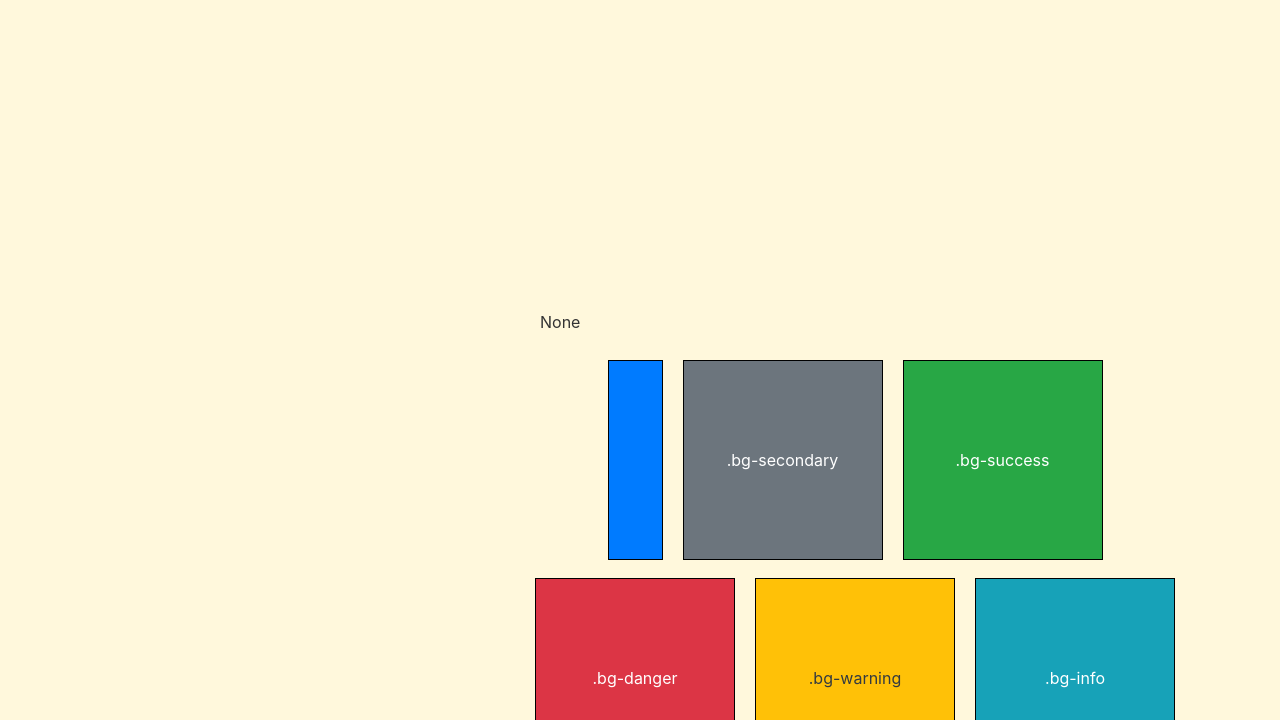
Repository: khanhdk0000/first_proj
Page: http://localhost/about
An editor plug-in stored every save of this project. The page is shown before and after the next save, followed by the edit.
The browser window is 1280 px wide. The pictures show the whole page.
Some web libraries are served in a nearby version. The page is served by the project's application, run on Flask 3 (flaskblog.py).

Above is the page before, as saved 2021-05-25 12:23:17.

### templates/about.html
{% extends "layout.html" %} {% block content %}
<div class="flex-center">
<div>
<p>{{ var}}</p>
<div class="row">
    <div class="col-md-1 p-3 mb-2 bg-primary text-white"></div>
    <div class="col-md-15 p-3 mb-2 bg-secondary text-white">.bg-secondary</div>
    <div class="col-md-15 p-3 mb-2 bg-success text-white">.bg-success</div>
</div>

<div class="row">
    <div class="col-md-15 p-3 mb-2 bg-danger text-white">.bg-danger</div>
    <div class="col-md-15 p-3 mb-2 bg-warning text-dark">.bg-warning</div>
    <div class="col-md-15 p-3 mb-2 bg-info text-white">.bg-info</div>
</div>

<div class="row">
    <div class="col-md-15 p-3 mb-2 bg-light text-dark">.bg-light</div>
    <div class="col-md-15 p-3 mb-2 bg-dark text-white">.bg-dark</div>
    <div class="col-md-15 p-3 mb-2 bg-white text-dark">.bg-white</div>
</div>
</div>
</div>



{% endblock content %}

### templates/layout.html
<!DOCTYPE html>
<html>
  <head>
    <!-- Required meta tags -->
    <meta charset="utf-8" />
    <meta
      name="viewport"
      content="width=device-width, initial-scale=1, shrink-to-fit=no"
    />

    <!-- Bootstrap CSS -->
    <link
      rel="stylesheet"
      href="https://maxcdn.bootstrapcdn.com/bootstrap/4.0.0/css/bootstrap.min.css"
      integrity="sha384-Gn5384xqQ1aoWXA+058RXPxPg6fy4IWvTNh0E263XmFcJlSAwiGgFAW/dAiS6JXm"
      crossorigin="anonymous"
    />

    <link
      rel="stylesheet"
      type="text/css"
      href="{{ url_for('static', filename='main.css') }}"
    />

    {% if title %}
    <title>Flask Blog - {{ title }}</title>
    {% else %}
    <title>Flask Blog</title>
    {% endif %}
  </head>
  <body>
    {% block content %}{% endblock %}

    <!-- Optional JavaScript -->
    <!-- jQuery first, then Popper.js, then Bootstrap JS -->
    <script
      src="https://code.jquery.com/jquery-3.2.1.slim.min.js"
      integrity="sha384-KJ3o2DKtIkvYIK3UENzmM7KCkRr/rE9/Qpg6aAZGJwFDMVNA/GpGFF93hXpG5KkN"
      crossorigin="anonymous"
    ></script>
    <script
      src="https://cdnjs.cloudflare.com/ajax/libs/popper.js/1.12.9/umd/popper.min.js"
      integrity="sha384-ApNbgh9B+Y1QKtv3Rn7W3mgPxhU9K/ScQsAP7hUibX39j7fakFPskvXusvfa0b4Q"
      crossorigin="anonymous"
    ></script>
    <script
      src="https://maxcdn.bootstrapcdn.com/bootstrap/4.0.0/js/bootstrap.min.js"
      integrity="sha384-JZR6Spejh4U02d8jOt6vLEHfe/JQGiRRSQQxSfFWpi1MquVdAyjUar5+76PVCmYl"
      crossorigin="anonymous"
    ></script>
    <!-- MDB -->
    <script
      type="text/javascript"
      src="https://cdnjs.cloudflare.com/ajax/libs/mdb-ui-kit/3.5.0/mdb.min.js"
    ></script>
  </body>
</html>

### flaskblog.py
from flask import Flask, render_template, url_for, request
app = Flask(__name__)


posts = [
    {
        'author': 'Corey Schafer',
        'title': 'Blog Post 1',
        'content': 'First post content',
        'date_posted': 'April 20, 2018'
    },
    {
        'author': 'Jane Doe',
        'title': 'Blog Post 2',
        'content': 'Second post content',
        'date_posted': 'April 21, 2018'
    }
]

@app.route('/')
@app.route('/home')
def hello_world():
    return render_template('home.html', posts=posts, title='Hey')

@app.route('/about')
def about():
    my_var = request.args.get('my_var', None)
    return render_template('about.html', posts=posts, var=my_var)

if __name__ == '__main__':
    app.run(debug=True)

### static/main.css
body {
    background: #fafafa;
    color: #333333;
    margin-top: 5rem;
    height: 100%;
  }

  h1, h2, h3, h4, h5, h6 {
    color: #444444;
  }

  .bg-steel {
    background-color: #5f788a;
  }

  .site-header .navbar-nav .nav-link {
    color: #cbd5db;
  }

  .site-header .navbar-nav .nav-link:hover {
    color: #ffffff;
  }

  .site-header .navbar-nav .nav-link.active {
    font-weight: 500;
  }

  .content-section {
    background: #ffffff;
    padding: 10px 20px;
    border: 1px solid #dddddd;
    border-radius: 3px;
    margin-bottom: 20px;
  }

  .article-title {
    color: #444444;
  }

  a.article-title:hover {
    color: #428bca;
    text-decoration: none;
  }

  .article-content {
    white-space: pre-line;
  }

  .article-img {
    height: 65px;
    width: 65px;
    margin-right: 16px;
  }

  .article-metadata {
    padding-bottom: 1px;
    margin-bottom: 4px;
    border-bottom: 1px solid #e3e3e3
  }

  .article-metadata a:hover {
    color: #333;
    text-decoration: none;
  }

  .article-svg {
    width: 25px;
    height: 25px;
    vertical-align: middle;
  }

  .account-img {
    height: 125px;
    width: 125px;
    margin-right: 20px;
    margin-bottom: 16px;
  }

  .account-heading {
    font-size: 2.5rem;
  }

  .vertical-center {
    min-height: 100%;  /* Fallback for browsers do NOT support vh unit */
    min-height: 100vh; /* These two lines are counted as one :-)       */

    justify-content:center;
    display: flex;
    align-items: center;
  }

  .flex-center {
    /* display: flex; */
    position: fixed;
    top: 50%;
    left: 50%;
    margin-top: -50px;
    margin-left: -100px;

  }

  .row{
    display:flex;
    justify-content:center;
  }

  .row>*{
    display:flex;
    height:200px ;
    width:200px ;
    justify-content:center;
    align-items:center;
    border: 1px solid black;
    margin: 10px;
  }

  *{
    background-color: CornSilk;
  }

After the next save:
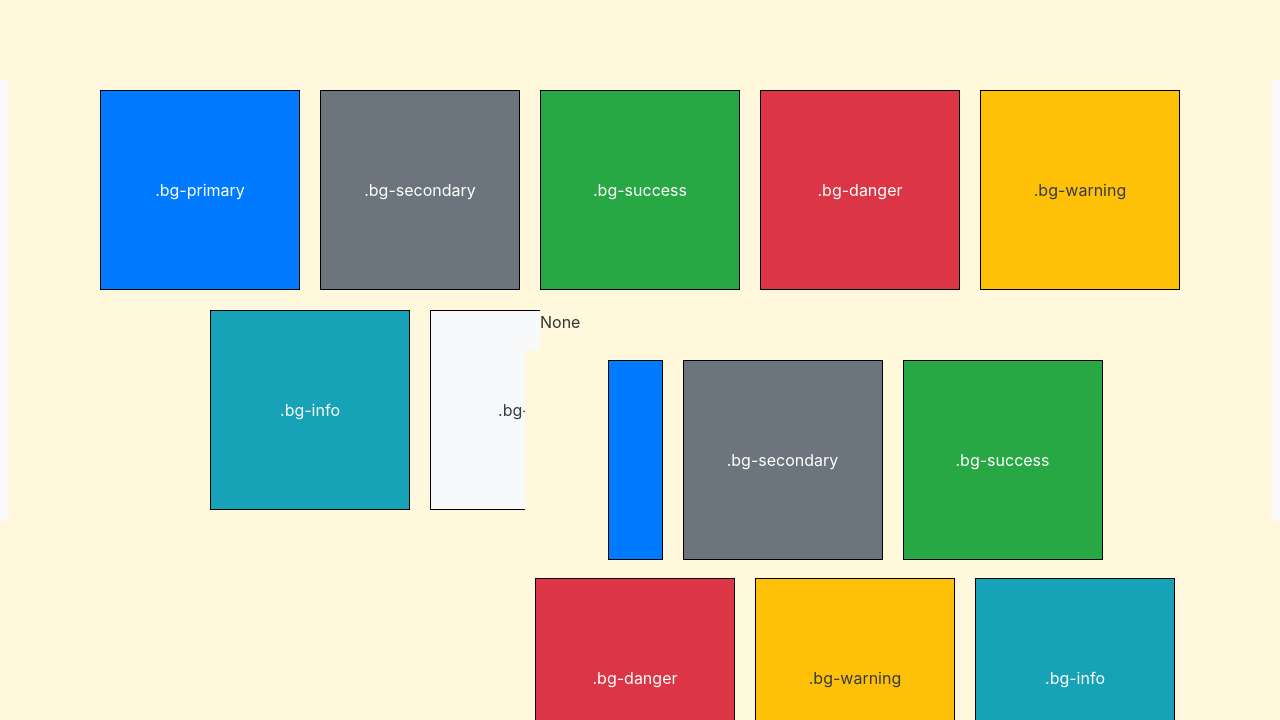
Saved 4 s later.
--- a/templates/about.html
+++ b/templates/about.html
@@ -22,6 +22,16 @@
 </div>
 </div>
 
-
+<div class="row m-2">
+    <div class="bg-primary text-white">.bg-primary</div>
+    <div class="bg-secondary text-white">.bg-secondary</div>
+    <div class="bg-success text-white">.bg-success</div>
+    <div class="bg-danger text-white">.bg-danger</div>
+    <div class="bg-warning text-dark">.bg-warning</div>
+    <div class="bg-info text-white">.bg-info</div>
+    <div class="bg-light text-dark">.bg-light</div>
+    <div class="bg-dark text-white">.bg-dark</div>
+    <div class="bg-white text-dark">.bg-white</div>
+    </div>
 
 {% endblock content %}
